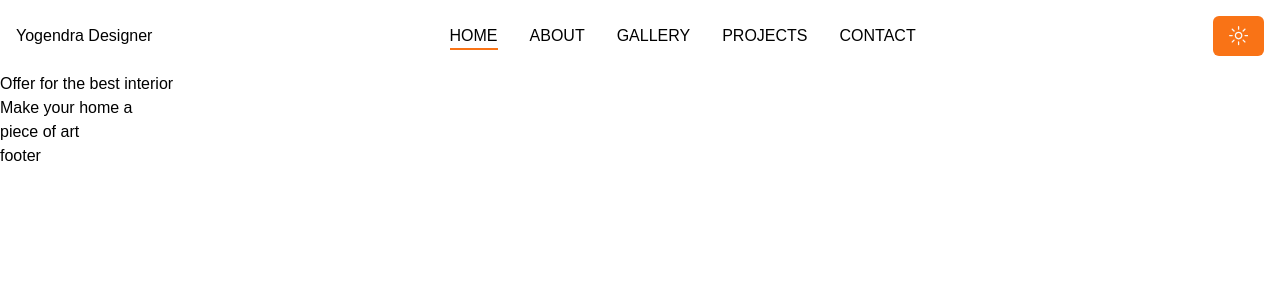
Repository: hitoutvrma/MB_designs-Interior-Designing-website
Page: /
These files come from the project's save history. The page is drawn as it stood at one moment and after the next save; the edit follows.
The browser window is 1280 px wide. The pictures show the whole page.
The project was rebuilt for these pictures with package versions that can differ from the ones it lists, and the page was loaded fresh each time. The framework's server and built-in components were replaced by stand-ins that run in the browser. Also part of the build but not shown: next.config.mjs.

Above is the page before, as saved 2024-09-13 12:42:51.

### app/layout.js
import localFont from "next/font/local";
import "./globals.css";
import Header from "@/components/ui/Header";
import Footer from "@/components/ui/Footer";
import { ThemeProvider } from "@/components/ThemeProvider";

const geistSans = localFont({
  src: "./fonts/GeistVF.woff",
  variable: "--font-geist-sans",
  weight: "100 900",
});
const geistMono = localFont({
  src: "./fonts/GeistMonoVF.woff",
  variable: "--font-geist-mono",
  weight: "100 900",
});

export const metadata = {
  title: "Create Next App",
  description: "Generated by create next app",
};

export default function RootLayout({ children }) {
  return (
    <html lang="en" suppressHydrationWarning>
      <body
        className={`${geistSans.variable} ${geistMono.variable} antialiased`}
      >
        <ThemeProvider attribute='class' defaultTheme='light'>

        <Header/>
        {children}
        <Footer/>
        </ThemeProvider>
      </body>
    </html>
  );
}

### app/page.js
import HeroSection from "@/components/ui/HeroSection";
import Image from "next/image";

export default function Home() {
  return (
    <main>
      <HeroSection/>
      </main>
  );
}

### app/globals.css
@tailwind base;
@tailwind components;
@tailwind utilities;


body {
  color: var(--foreground);
  background: var(--background);
  font-family: Arial, Helvetica, sans-serif;
}

@layer utilities {
  .text-balance {
    text-wrap: balance;
  }
}


@layer base {
  :root {
    --background: 0 0% 100%;
    --foreground: 20 14.3% 4.1%;
    --card: 0 0% 100%;
    --card-foreground: 20 14.3% 4.1%;
    --popover: 0 0% 100%;
    --popover-foreground: 20 14.3% 4.1%;
    --primary: 24.6 95% 53.1%;
    --primary-foreground: 60 9.1% 97.8%;
    --secondary: 60 4.8% 95.9%;
    --secondary-foreground: 24 9.8% 10%;
    --muted: 60 4.8% 95.9%;
    --muted-foreground: 25 5.3% 44.7%;
    --accent: 60 4.8% 95.9%;
    --accent-foreground: 24 9.8% 10%;
    --destructive: 0 84.2% 60.2%;
    --destructive-foreground: 60 9.1% 97.8%;
    --border: 20 5.9% 90%;
    --input: 20 5.9% 90%;
    --ring: 24.6 95% 53.1%;
    --radius: 0.5rem;
    --chart-1: 12 76% 61%;
    --chart-2: 173 58% 39%;
    --chart-3: 197 37% 24%;
    --chart-4: 43 74% 66%;
    --chart-5: 27 87% 67%;
  }

  .dark {
    --background: 20 14.3% 4.1%;
    --foreground: 60 9.1% 97.8%;
    --card: 20 14.3% 4.1%;
    --card-foreground: 60 9.1% 97.8%;
    --popover: 20 14.3% 4.1%;
    --popover-foreground: 60 9.1% 97.8%;
    --primary: 20.5 90.2% 48.2%;
    --primary-foreground: 60 9.1% 97.8%;
    --secondary: 12 6.5% 15.1%;
    --secondary-foreground: 60 9.1% 97.8%;
    --muted: 12 6.5% 15.1%;
    --muted-foreground: 24 5.4% 63.9%;
    --accent: 12 6.5% 15.1%;
    --accent-foreground: 60 9.1% 97.8%;
    --destructive: 0 72.2% 50.6%;
    --destructive-foreground: 60 9.1% 97.8%;
    --border: 12 6.5% 15.1%;
    --input: 12 6.5% 15.1%;
    --ring: 20.5 90.2% 48.2%;
    --chart-1: 220 70% 50%;
    --chart-2: 160 60% 45%;
    --chart-3: 30 80% 55%;
    --chart-4: 280 65% 60%;
    --chart-5: 340 75% 55%;
  }
}



@layer base {
  * {
    @apply border-border;
  }
  body {
    @apply bg-background text-foreground;
  }
}

### components/ui/Header.jsx
'use client';
import React from 'react'
 import ThemeToggler from '../ThemeToggler'
import MobileNavigation from './MobileNavigation';
import Nav from './Nav';
const Header = () => {
  return (
    <div className='flex justify-between p-4 items-center '>
      <div>Yogendra Designer</div>
      <Nav containerStyles='hidden xl:flex gap-8 items-center' linkStyles='relative hover:text-primary transition-all' underlineStyles ='absolute left-0 top-full h-[2px] bg-primary w-full'
      />
      <div className='flex gap-2 items-center'>

      <ThemeToggler/>
      <div className='xl:hidden'>

      <MobileNavigation/>
      </div>
      </div>
    </div>
  )
}

export default Header

### components/ThemeProvider.jsx
'use client';

import { ThemeProvider as NextThemesProvider } from "next-themes";

export function ThemeProvider({ children, ...props }) {
    return <NextThemesProvider {...props}>
        { children }
    </NextThemesProvider>
}

### components/ui/HeroSection.jsx
import React from 'react'

const HeroSection = () => {
  return (
    <div>
      <div>Offer for the best interior</div>
      <h1>
        Make your home a <br/>piece of art
      </h1>
    </div>
  )
}

export default HeroSection

### components/ThemeToggler.jsx
import { Button } from "./ui/button";
import { useTheme } from "next-themes";
import { SunIcon, MoonIcon } from "@radix-ui/react-icons";

const ThemeToggler = () => {
    const { theme, setTheme } = useTheme();

  return (
    <div>
      <Button  onClick={()=>setTheme(theme==='dark'?'light':'dark')}>
        <SunIcon className="h-[1.2rem] w-[1.2rem] scale-100 rotate-0 transition-all dark:rotate-90 dark:scale-0"/>
        <MoonIcon className="w-[1rem] absolute scale-0 rotate-90 transition-all dark:rotate-0 dark:scale-100"/>
      </Button>
    </div>
  )
}

export default ThemeToggler

### components/ui/MobileNavigation.jsx
import React from 'react'

import {Sheet, SheetContent, SheetTrigger} from '@/components/ui/sheet';
import Nav from './Nav';
import { AlignJustify } from 'lucide-react';

const MobileNavigation = () => {
  return (
    <Sheet>
        <SheetTrigger asChild>
            <AlignJustify className='cursor-pointer'/>
        </SheetTrigger>
        <SheetContent>
            <div className='p-3 flex flex-col items-center'>
                <div>
                    <div>Yogendra designer</div>
                    <Nav containerStyles='flex flex-col items-center gap-y-2' linkStyles='text-1xl '/>
                </div>
            </div>
        </SheetContent>
    </Sheet>
  )
}

export default MobileNavigation

### components/ui/Nav.jsx
//Hooks

import { usePathname } from "next/navigation";
import { motion } from "framer-motion";
import Link from "next/link";

const links = [
    {
        path:'/',name:'home'
    },
    {
        path:'/about',name:'about'
    },
    {
        path:'/gallery',name:'gallery'
    },
    {
        path:'/projects',name:'projects'
    },
    {
        path:'/contact',name:'contact'
    },
]
const Nav = ({ containerStyles, linkStyles, underlineStyles } ) => {

    const path = usePathname();
  return (
    <div className={`${containerStyles}`} >
        {
            links.map((link,index) =>{
                return(
                    <Link href={link.path}
                    key={index} className={`uppercase ${linkStyles}`}>
                        {link.path===path && (
                            <motion.span
                            initial={{y:'-100%'}}
                            animate={{y:0}}
                            transition={{ type:'tween'}}
                            layoutId="underline"
                            className={`${underlineStyles}`}
                            />
                        )}
                        {link.name}

                    </Link>
                )
            })
        }
      </div>
  )
}

export default Nav

### components/ui/button.jsx
import * as React from "react"
import { Slot } from "@radix-ui/react-slot"
import { cva } from "class-variance-authority";

import { cn } from "@/lib/utils"

const buttonVariants = cva(
  "inline-flex items-center justify-center whitespace-nowrap rounded-md text-sm font-medium ring-offset-background transition-colors focus-visible:outline-none focus-visible:ring-2 focus-visible:ring-ring focus-visible:ring-offset-2 disabled:pointer-events-none disabled:opacity-50",
  {
    variants: {
      variant: {
        default: "bg-primary text-primary-foreground hover:bg-primary/90",
        destructive:
          "bg-destructive text-destructive-foreground hover:bg-destructive/90",
        outline:
          "border border-input bg-background hover:bg-accent hover:text-accent-foreground",
        secondary:
          "bg-secondary text-secondary-foreground hover:bg-secondary/80",
        ghost: "hover:bg-accent hover:text-accent-foreground",
        link: "text-primary underline-offset-4 hover:underline",
      },
      size: {
        default: "h-10 px-4 py-2",
        sm: "h-9 rounded-md px-3",
        lg: "h-11 rounded-md px-8",
        icon: "h-10 w-10",
      },
    },
    defaultVariants: {
      variant: "default",
      size: "default",
    },
  }
)

const Button = React.forwardRef(({ className, variant, size, asChild = false, ...props }, ref) => {
  const Comp = asChild ? Slot : "button"
  return (
    (<Comp
      className={cn(buttonVariants({ variant, size, className }))}
      ref={ref}
      {...props} />)
  );
})
Button.displayName = "Button"

export { Button, buttonVariants }

### components/ui/sheet.jsx
"use client";
import * as React from "react"
import * as SheetPrimitive from "@radix-ui/react-dialog"
import { cva } from "class-variance-authority";
import { X } from "lucide-react"

import { cn } from "@/lib/utils"

const Sheet = SheetPrimitive.Root

const SheetTrigger = SheetPrimitive.Trigger

const SheetClose = SheetPrimitive.Close

const SheetPortal = SheetPrimitive.Portal

const SheetOverlay = React.forwardRef(({ className, ...props }, ref) => (
  <SheetPrimitive.Overlay
    className={cn(
      "fixed inset-0 z-50 bg-black/80  data-[state=open]:animate-in data-[state=closed]:animate-out data-[state=closed]:fade-out-0 data-[state=open]:fade-in-0",
      className
    )}
    {...props}
    ref={ref} />
))
SheetOverlay.displayName = SheetPrimitive.Overlay.displayName

const sheetVariants = cva(
  "fixed z-50 gap-4 bg-background p-6 shadow-lg transition ease-in-out data-[state=open]:animate-in data-[state=closed]:animate-out data-[state=closed]:duration-300 data-[state=open]:duration-500",
  {
    variants: {
      side: {
        top: "inset-x-0 top-0 border-b data-[state=closed]:slide-out-to-top data-[state=open]:slide-in-from-top",
        bottom:
          "inset-x-0 bottom-0 border-t data-[state=closed]:slide-out-to-bottom data-[state=open]:slide-in-from-bottom",
        left: "inset-y-0 left-0 h-full w-3/4 border-r data-[state=closed]:slide-out-to-left data-[state=open]:slide-in-from-left sm:max-w-sm",
        right:
          "inset-y-0 right-0 h-full w-3/4  border-l data-[state=closed]:slide-out-to-right data-[state=open]:slide-in-from-right sm:max-w-sm",
      },
    },
    defaultVariants: {
      side: "right",
    },
  }
)

const SheetContent = React.forwardRef(({ side = "right", className, children, ...props }, ref) => (
  <SheetPortal>
    <SheetOverlay />
    <SheetPrimitive.Content ref={ref} className={cn(sheetVariants({ side }), className)} {...props}>
      {children}
      <SheetPrimitive.Close
        className="absolute right-4 top-4 rounded-sm opacity-70 ring-offset-background transition-opacity hover:opacity-100 focus:outline-none focus:ring-2 focus:ring-ring focus:ring-offset-2 disabled:pointer-events-none data-[state=open]:bg-secondary">
        <X className="h-4 w-4" />
        <span className="sr-only">Close</span>
      </SheetPrimitive.Close>
    </SheetPrimitive.Content>
  </SheetPortal>
))
SheetContent.displayName = SheetPrimitive.Content.displayName

const SheetHeader = ({
  className,
  ...props
}) => (
  <div
    className={cn("flex flex-col space-y-2 text-center sm:text-left", className)}
    {...props} />
)
SheetHeader.displayName = "SheetHeader"

const SheetFooter = ({
  className,
  ...props
}) => (
  <div
    className={cn("flex flex-col-reverse sm:flex-row sm:justify-end sm:space-x-2", className)}
    {...props} />
)
SheetFooter.displayName = "SheetFooter"

const SheetTitle = React.forwardRef(({ className, ...props }, ref) => (
  <SheetPrimitive.Title
    ref={ref}
    className={cn("text-lg font-semibold text-foreground", className)}
    {...props} />
))
SheetTitle.displayName = SheetPrimitive.Title.displayName

const SheetDescription = React.forwardRef(({ className, ...props }, ref) => (
  <SheetPrimitive.Description
    ref={ref}
    className={cn("text-sm text-muted-foreground", className)}
    {...props} />
))
SheetDescription.displayName = SheetPrimitive.Description.displayName

export {
  Sheet,
  SheetPortal,
  SheetOverlay,
  SheetTrigger,
  SheetClose,
  SheetContent,
  SheetHeader,
  SheetFooter,
  SheetTitle,
  SheetDescription,
}

Loaded but not shown: components/ui/Footer.jsx (common file); lib/utils.js (common file); tailwind.config.js (common file)

After the next save:
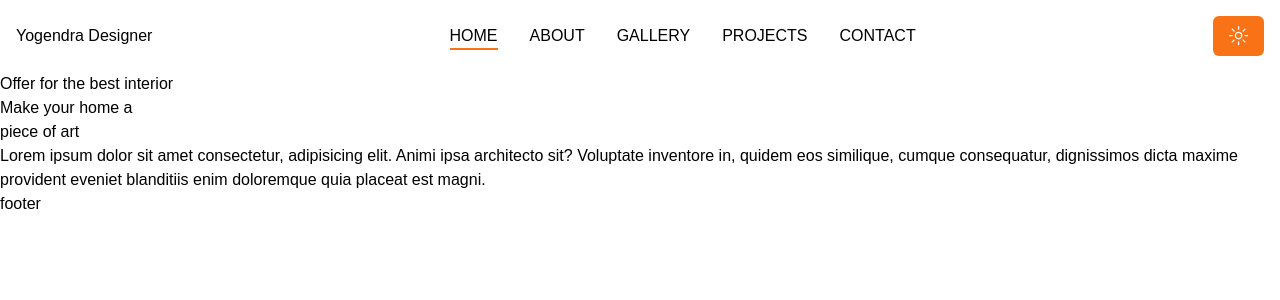
Saved 16 s later.
--- a/components/ui/HeroSection.jsx
+++ b/components/ui/HeroSection.jsx
@@ -7,6 +7,9 @@ const HeroSection = () => {
       <h1>
         Make your home a <br/>piece of art
       </h1>
+      <p>
+        Lorem ipsum dolor sit amet consectetur, adipisicing elit. Animi ipsa architecto sit? Voluptate inventore in, quidem eos similique, cumque consequatur, dignissimos dicta maxime provident eveniet blanditiis enim doloremque quia placeat est magni.
+      </p>
     </div>
   )
 }
